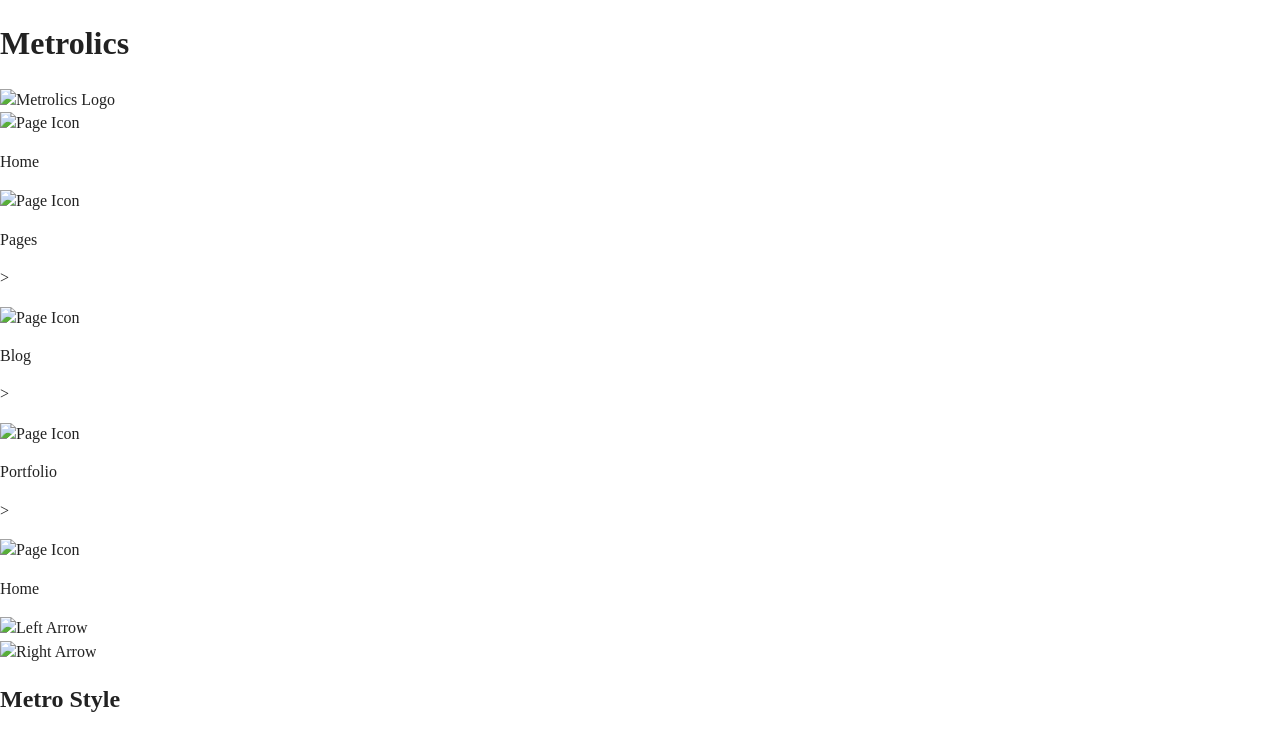
Repository: wilyyy/metrolics
Page: index.html
An editor plug-in stored every save of this project. The page is shown before and after a run of saves, followed by the edit.
The browser window is 1280 px wide. The pictures show the whole page.

Above is the page before, as saved 2021-01-26 22:47:21.

After the next 2 saves:
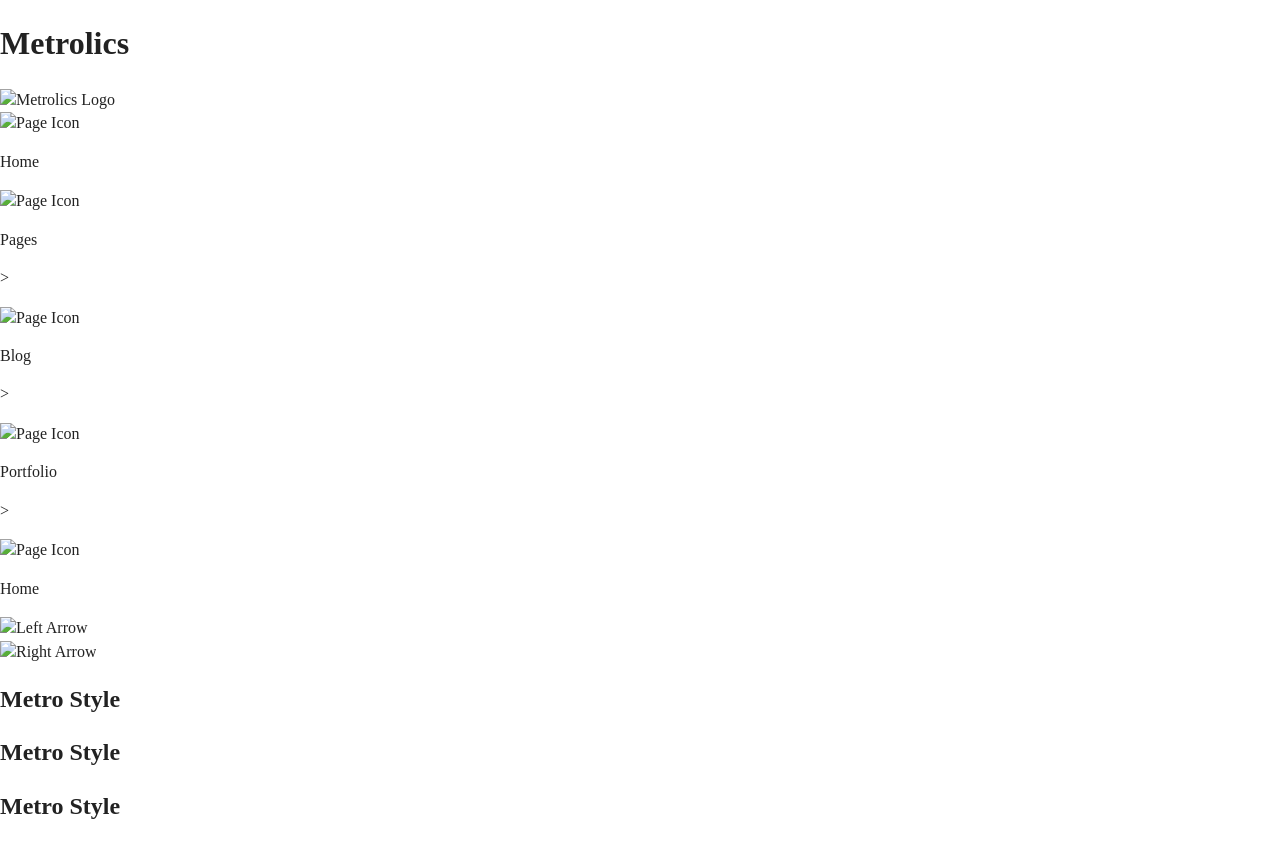
The 2 saves are shown as one change because they came seconds apart.
The last was saved 10 s later.
--- a/index.html
+++ b/index.html
@@ -85,6 +85,14 @@
           <div class="header-info-indicator indicator-blue"></div>
           <h2>Metro Style</h2>
         </div>
+        <div class="header-info-container">
+          <div class="header-info-indicator indicator-blue"></div>
+          <h2>Metro Style</h2>
+        </div>
+        <div class="header-info-container">
+          <div class="header-info-indicator indicator-blue"></div>
+          <h2>Metro Style</h2>
+        </div>
       </div>
     </div>
 
